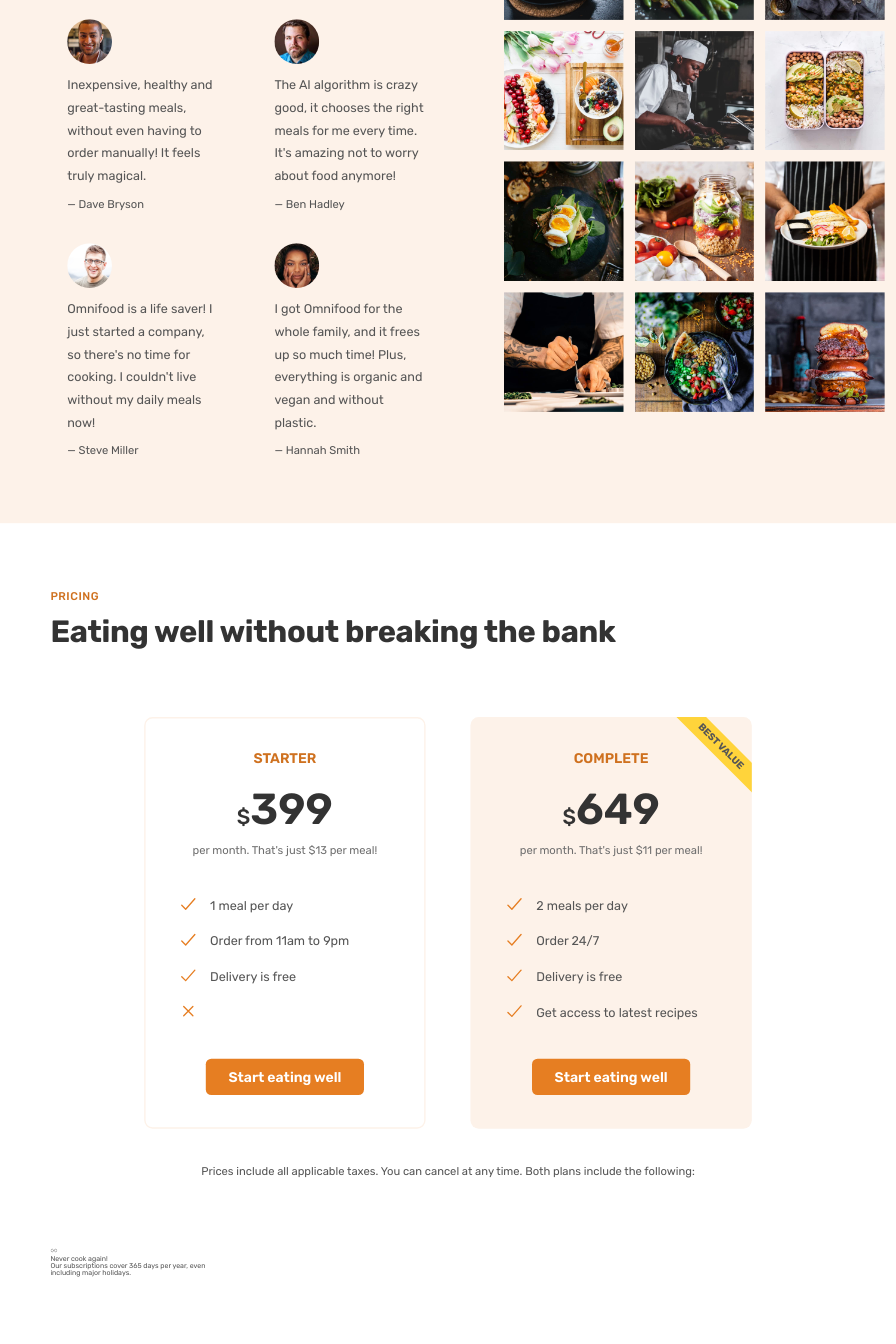
Repository: TranPhucThinh/Omnifood
Page: index.html
These files come from the project's save history. The page is drawn as it stood at one moment and after the next save; the edit follows.
The browser window is 1280 px wide. The pictures show the part of the page from y = 3898 to 5818 px (the page is 5818 px tall), at 70% of full size.

Above is the page before, as saved 2022-08-06 23:31:42.

### index.html
<!DOCTYPE html>
<html lang="en">

<head>
    <meta charset="UTF-8">
    <meta http-equiv="X-UA-Compatible" content="IE=edge">
    <meta name="viewport" content="width=device-width, initial-scale=1.0">

    <link rel="preconnect" href="https://fonts.googleapis.com">
    <link rel="preconnect" href="https://fonts.gstatic.com" crossorigin>
    <link href="https://fonts.googleapis.com/css2?family=Rubik:wght@300;400;500;600;700;800;900&display=swap"
        rel="stylesheet">

    <link rel="stylesheet" href="./assets/styles/general.css">
    <link rel="stylesheet" href="./assets/styles/style.css">

    <title>Omnifood</title>
</head>

<body>
    <!-- SECTION HEADER -->
    <div class="header">
        <a href="#">
            <img src="./assets/imgs/omnifood-logo.png" alt="Omnifood logo" class="header-logo">
        </a>
        <nav class="main-nav">
            <ul class="main-nav-list">
                <li>
                    <a href="#" class="main-nav-link">How it works</a>
                </li>
                <li>
                    <a href="#" class="main-nav-link">Meals</a>
                </li>
                <li>
                    <a href="#" class="main-nav-link">Testimonials</a>
                </li>
                <li>
                    <a href="#" class="main-nav-link">Pricing</a>
                </li>
                <li>
                    <a href="#" class="main-nav-link nav-btn">Try for free</a>
                </li>
            </ul>
        </nav>
    </div>
    <!-- End of SECTION HEADER -->

    <!-- SECTION HERO -->
    <section class="section-hero">
        <div class="hero">
            <div class="hero-text-box">
                <h1 class="heading-primary">A healthy meal delivered to your door, every single day</h1>
                <p class="hero-desc margin-bottom-md">The smart 365-days-per-year food subscription that will make you
                    eat healthy again.
                    Tailored to your personal tastes and nutritional needs.</p>
                <a href="#" class="btn btn--full margin-right-sm">Start eating well</a>
                <a href="#" class="btn btn--outline">Learn more ⬇</a>
                <div class="delivered-meals">
                    <div class="delivered-imgs">
                        <img src="./assets/imgs/customers/customer-1.jpg" alt="customer 1">
                        <img src="./assets/imgs/customers/customer-2.jpg" alt="customer 2">
                        <img src="./assets/imgs/customers/customer-3.jpg" alt="customer 3">
                        <img src="./assets/imgs/customers/customer-4.jpg" alt="customer 4">
                        <img src="./assets/imgs/customers/customer-5.jpg" alt="customer 5">
                        <img src="./assets/imgs/customers/customer-6.jpg" alt="customer 6">
                    </div>
                    <p class="delivered-text">
                        <span>250,000+</span> meals delivered last year!
                    </p>
                </div>
            </div>
            <div class="hero-img-box">
                <img src="./assets/imgs/hero.png"
                    alt="woman enjoy food, meals in storage container, and food bowls on a table" class="hero-img">
            </div>
        </div>
    </section>
    <!-- End of SECTION HERO -->

    <!-- SECTION FEATURED -->
    <section class="section-featured">
        <div class="container">
            <h2 class="heading-feature-in">As featured in</h2>
            <div class="logos">
                <img src="./assets/imgs/logos/techcrunch.png" alt="Techcrunch logo">
                <img src="./assets/imgs/logos/business-insider.png" alt="business insider logo">
                <img src="./assets/imgs/logos/the-new-york-times.png" alt="The new york time logo">
                <img src="./assets/imgs/logos/forbes.png" alt="Forbes logo">
                <img src="./assets/imgs/logos/usa-today.png" alt="Usa today logo">
            </div>
        </div>
    </section>
    <!-- End of SECTION FEATURED -->

    <!-- SECTION HOW IT WORKS -->
    <section class="section-how">
        <div class="container">
            <p class="subheading">HOW IT WORKS</p>
            <h2 class="heading-secondary">Your daily dose of health in 3 simple steps</h2>
        </div>
        <div class="container grid grid--2-cols grid--center-vertical">
            <!-- STEP 1 -->
            <div class="step-text-box">
                <div class="step-number">01</div>
                <h3 class="heading-tertiary">Tell us what you like (and what not)</h3>
                <p class="step-desc">Never again waste time thinking about what to eat! Omnifood AI will create a 100%
                    personalized weekly meal plan just for you. It makes sure you get all the nutrients and vitamins you
                    need, no matter what diet you follow!</p>
            </div>
            <div class="step-img-box">
                <img src="./assets/imgs/app/app-screen-1.png" alt="iPhone app preferences selection screen"
                    class="step-img">
            </div>

            <!-- STEP 2 -->
            <div class="step-img-box">
                <img src="./assets/imgs/app/app-screen-2.png" alt="iPhone app
                meal approving plan screen" class="step-img">
            </div>
            <div class="step-text-box">
                <div class="step-number">02</div>
                <h3 class="heading-tertiary">Approve your weekly meal plan</h3>
                <p class="step-desc">Once per week, approve the meal plan generated for you by Omnifood AI. You can
                    change ingredients, swap entire meals, or even add your own recipes.</p>
            </div>

            <!-- STEP 3 -->
            <div class="step-text-box">
                <div class="step-number">03</div>
                <h3 class="heading-tertiary">Receive meals at convenient time</h3>
                <p class="step-desc">Best chefs in town will cook your selected meal every day, and we will deliver it
                    to your door whenever works best for you. You can change delivery schedule and address daily!</p>
            </div>
            <div class="step-img-box">
                <img src="./assets/imgs/app/app-screen-3.png" alt="iPhone app
                delivery screen" class="step-img">
            </div>
        </div>
    </section>
    <!-- End of SECTION HOW IT WORKS -->

    <!-- SECTION MEALS -->
    <section class="section-meals">
        <div class="container center-text">
            <p class="subheading">Meals</p>
            <h2 class="heading-secondary">Omnifood AI chooses from 5,000+ recipes</h2>
        </div>
        <div class="container grid grid--3-cols margin-bottom-md">
            <div class="meal">
                <img src="./assets/imgs/meals/meal-1.jpg" alt="Japanese Gyozas" class="meal-img">
                <div class="meal-content">
                    <div class="meal-tag">
                        <p class="tag tag--vegetarian">vegetarian</p>
                    </div>
                    <p class="meal-title">Japanese Gyozas</p>
                    <ul class="meal-attributes">
                        <li class="meal-attribute">
                            <ion-icon class="meal-icon" name="flame-outline"></ion-icon>
                            <span><strong>650</strong> calories</span>
                        </li>
                        <li class="meal-attribute">
                            <ion-icon class="meal-icon" name="restaurant-outline"></ion-icon>
                            <span>NutriScore ® <strong>74</strong></span>
                        </li>
                        <li class="meal-attribute">
                            <ion-icon class="meal-icon" name="star-outline"></ion-icon>
                            <span><strong>4.9</strong> rating (537)</span>
                        </li>
                    </ul>
                </div>
            </div>
            <div class="meal">
                <img src="./assets/imgs/meals/meal-2.jpg" alt="Avocado Salad" class="meal-img">
                <div class="meal-content">
                    <div class="meal-tag">
                        <p class="tag tag--vegan">vegan</p>
                        <p class="tag tag---paleo">paleo</p>
                    </div>
                    <p class="meal-title">Avocado Salad</p>
                    <ul class="meal-attributes">
                        <li class="meal-attribute">
                            <ion-icon class="meal-icon" name="flame-outline"></ion-icon>
                            <span><strong>400</strong> calories</span>
                        </li>
                        <li class="meal-attribute">
                            <ion-icon class="meal-icon" name="restaurant-outline"></ion-icon>
                            <span>NutriScore ® <strong>92</strong></span>
                        </li>
                        <li class="meal-attribute">
                            <ion-icon class="meal-icon" name="star-outline"></ion-icon>
                            <span><strong>4.8</strong> rating (441)</span>
                        </li>
                    </ul>
                </div>
            </div>
            <div class="diet">
                <h3 class="heading-tertiary">Works with any diet:</h3>
                <ul class="list">
                    <li class="list-item">
                        <ion-icon class="list-icon" name="checkmark-outline"></ion-icon>
                        <span>Vegetarian</span>
                    </li>
                    <li class="list-item">
                        <ion-icon class="list-icon" name="checkmark-outline"></ion-icon>
                        <span>Vegan</span>
                    </li>
                    <li class="list-item">
                        <ion-icon class="list-icon" name="checkmark-outline"></ion-icon>
                        <span>Pescatarian</span>
                    </li>
                    <li class="list-item">
                        <ion-icon class="list-icon" name="checkmark-outline"></ion-icon>
                        <span>Gluten-free</span>
                    </li>
                    <li class="list-item">
                        <ion-icon class="list-icon" name="checkmark-outline"></ion-icon>
                        <span>Lactose-free</span>
                    </li>
                    <li class="list-item">
                        <ion-icon class="list-icon" name="checkmark-outline"></ion-icon>
                        <span>Keto</span>
                    </li>
                    <li class="list-item">
                        <ion-icon class="list-icon" name="checkmark-outline"></ion-icon>
                        <span>Paleo</span>
                    </li>
                    <li class="list-item">
                        <ion-icon class="list-icon" name="checkmark-outline"></ion-icon>
                        <span>Low FODMAP</span>
                    </li>
                    <li class="list-item">
                        <ion-icon class="list-icon" name="checkmark-outline"></ion-icon>
                        <span>Kid-friendly</span>
                    </li>
                </ul>
            </div>
        </div>
        <div class="container all-recipes center-text">
            <a href="#" class="link">See all recipes ➡</a>
        </div>
    </section>
    <!-- End of SECTION MEALS -->

    <!-- SECTION TESTIMONIALS -->
    <div class="section-testimonials">
        <div class="testimonials-container">
            <div class="subheading">testimonials</div>
            <h2 class="heading-secondary">Once you try it, you can't go back</h2>
            <div class="testimonials">
                <div class="testimonial">
                    <img src="./assets/imgs/customers/dave.jpg" alt="Photo of customer Dave Bryson"
                        class="testimonial-img">
                    <blockquote class="testimonial-text">Inexpensive, healthy and great-tasting meals, without even
                        having to order manually! It feels truly magical.</blockquote>
                    <p class="testimonial-name">— Dave Bryson</p>
                </div>
                <div class="testimonial">
                    <img src="./assets/imgs/customers/ben.jpg" alt="Photo of customer Ben Hadley"
                        class="testimonial-img">
                    <blockquote class="testimonial-text">The AI algorithm is crazy good, it chooses the right meals for
                        me every time. It's amazing not to worry about food anymore!</blockquote>
                    <p class="testimonial-name">— Ben Hadley</p>
                </div>
                <div class="testimonial">
                    <img src="./assets/imgs/customers/steve.jpg" alt="Photo of customer Steve Miller"
                        class="testimonial-img">
                    <blockquote class="testimonial-text">Omnifood is a life saver! I just started a company, so there's
                        no time for cooking. I couldn't live without my daily meals now!</blockquote>
                    <p class="testimonial-name">— Steve Miller</p>
                </div>
                <div class="testimonial">
                    <img src="./assets/imgs/customers/hannah.jpg" alt="Photo of customer Hannah Smith"
                        class="testimonial-img">
                    <blockquote class="testimonial-text">I got Omnifood for the whole family, and it frees up so much
                        time! Plus, everything is organic and vegan and without plastic.</blockquote>
                    <p class="testimonial-name">— Hannah Smith</p>
                </div>
            </div>
        </div>
        <div class="gallery">
            <div class="gallery-item">
                <img src="./assets/imgs/gallery/gallery-1.jpg" alt="Photo of beautifully arranged food">
            </div>
            <div class="gallery-item">
                <img src="./assets/imgs/gallery/gallery-2.jpg" alt="Photo of beautifully arranged food">
            </div>
            <div class="gallery-item">
                <img src="./assets/imgs/gallery/gallery-3.jpg" alt="Photo of beautifully arranged food">
            </div>
            <div class="gallery-item">
                <img src="./assets/imgs/gallery/gallery-4.jpg" alt="Photo of beautifully arranged food">
            </div>
            <div class="gallery-item">
                <img src="./assets/imgs/gallery/gallery-5.jpg" alt="Photo of beautifully arranged food">
            </div>
            <div class="gallery-item">
                <img src="./assets/imgs/gallery/gallery-6.jpg" alt="Photo of beautifully arranged food">
            </div>
            <div class="gallery-item">
                <img src="./assets/imgs/gallery/gallery-7.jpg" alt="Photo of beautifully arranged food">
            </div>
            <div class="gallery-item">
                <img src="./assets/imgs/gallery/gallery-8.jpg" alt="Photo of beautifully arranged food">
            </div>
            <div class="gallery-item">
                <img src="./assets/imgs/gallery/gallery-9.jpg" alt="Photo of beautifully arranged food">
            </div>
            <div class="gallery-item">
                <img src="./assets/imgs/gallery/gallery-10.jpg" alt="Photo of beautifully arranged food">
            </div>
            <div class="gallery-item">
                <img src="./assets/imgs/gallery/gallery-11.jpg" alt="Photo of beautifully arranged food">
            </div>
            <div class="gallery-item">
                <img src="./assets/imgs/gallery/gallery-12.jpg" alt="Photo of beautifully arranged food">
            </div>
        </div>
    </div>
    <!-- End of SECTION TESTIMONIALS -->

    <!-- SECTION PRICING -->
    <div class="section-pricing">
        <div class="container">
            <p class="subheading">pricing</p>
            <h2 class="heading-secondary">Eating well without breaking the bank</h2>
        </div>
        <div class="container grid grid--2-cols margin-bottom-md">
            <div class="pricing-plan pricing-plan--starter">
                <header class="plan-header">
                    <div class="plan-name">starter</div>
                    <p class="plan-pricing"><span>$</span>399</p>
                    <p class="plan-text">per month. That's just $13 per meal!</p>
                </header>
                <ul class="list-benefits">
                    <li class="benefit">
                        <span class="benefit-icon">
                            <ion-icon name="checkmark-outline"></ion-icon>
                        </span>
                        1 meal per day
                    </li>
                    <li class="benefit">
                        <span class="benefit-icon">
                            <ion-icon name="checkmark-outline"></ion-icon>
                        </span>
                        Order from 11am to 9pm
                    </li>
                    <li class="benefit">
                        <span class="benefit-icon">
                            <ion-icon name="checkmark-outline"></ion-icon>
                        </span>
                        Delivery is free
                    </li>
                    <li class="benefit">
                        <span class="benefit-icon">
                            <ion-icon name="close-outline"></ion-icon>
                        </span>
                    </li>
                </ul>
                <div class="plan-sign-up">
                    <a href="#" class="btn btn--full">Start eating well</a>
                </div>
            </div>
            <div class="pricing-plan pricing-plan--complete">
                <header class="plan-header">
                    <div class="plan-name">complete</div>
                    <p class="plan-pricing"><span>$</span>649</p>
                    <p class="plan-text">per month. That's just $11 per meal!</p>
                </header>
                <ul class="list-benefits">
                    <li class="benefit">
                        <span class="benefit-icon">
                            <ion-icon name="checkmark-outline"></ion-icon>
                        </span>
                        2 meals per day
                    </li>
                    <li class="benefit">
                        <span class="benefit-icon">
                            <ion-icon name="checkmark-outline"></ion-icon>
                        </span>
                        Order 24/7
                    </li>
                    <li class="benefit">
                        <span class="benefit-icon">
                            <ion-icon name="checkmark-outline"></ion-icon>
                        </span>
                        Delivery is free
                    </li>
                    <li class="benefit">
                        <span class="benefit-icon">
                            <ion-icon name="checkmark-outline"></ion-icon>
                        </span>
                        Get access to latest recipes
                    </li>
                </ul>
                <div class="plan-sign-up">
                    <a href="#" class="btn btn--full">Start eating well</a>
                </div>
            </div>
        </div>
        <div class="container grid center-text">
            <p class="plan-detail">Prices include all applicable taxes. You can cancel at any time. Both plans include
                the following:
            </p>
        </div>
        <div class="container grid grid--4-cols">
            <div class="feature">
                <div class="feature-icon">
                    <ion-icon name="infinite-outline"></ion-icon>
                </div>
                <p class="feature-title">Never cook again!</p>
                <p class="feature-desc">Our subscriptions cover 365 days per year, even including major holidays.</p>
            </div>
        </div>
    </div>
    <!-- End of SECTION PRICING -->

    <script type="module" src="https://unpkg.com/ionicons@5.5.2/dist/ionicons/ionicons.esm.js"></script>
    <script nomodule src="https://unpkg.com/ionicons@5.5.2/dist/ionicons/ionicons.js"></script>
</body>

</html>

Loaded but not shown: assets/styles/style.css (453 lines, source omitted); assets/styles/general.css (138 lines, source omitted)

After the next save:
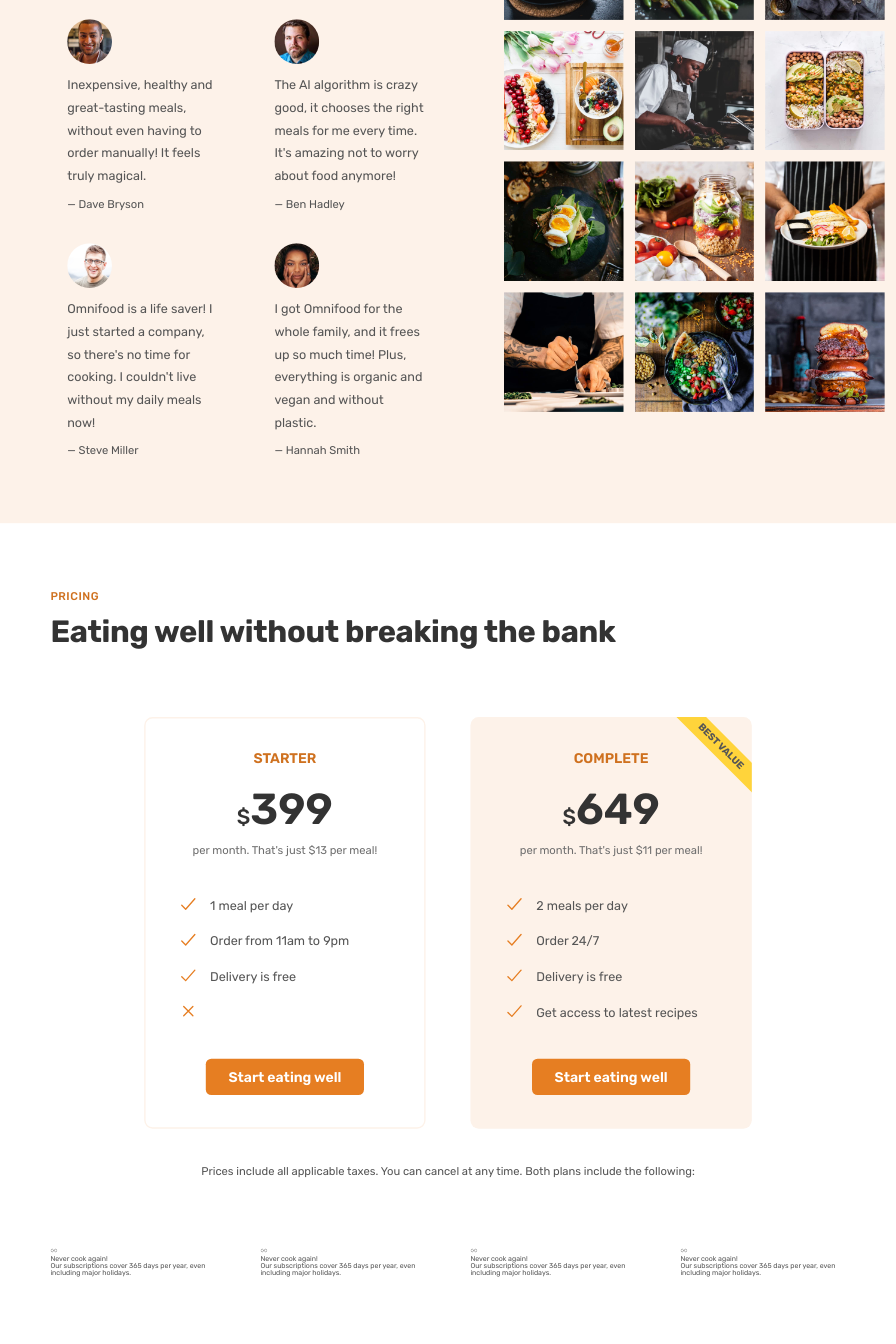
Saved 15 s later.
--- a/index.html
+++ b/index.html
@@ -410,6 +410,27 @@
                 <p class="feature-title">Never cook again!</p>
                 <p class="feature-desc">Our subscriptions cover 365 days per year, even including major holidays.</p>
             </div>
+            <div class="feature">
+                <div class="feature-icon">
+                    <ion-icon name="infinite-outline"></ion-icon>
+                </div>
+                <p class="feature-title">Never cook again!</p>
+                <p class="feature-desc">Our subscriptions cover 365 days per year, even including major holidays.</p>
+            </div>
+            <div class="feature">
+                <div class="feature-icon">
+                    <ion-icon name="infinite-outline"></ion-icon>
+                </div>
+                <p class="feature-title">Never cook again!</p>
+                <p class="feature-desc">Our subscriptions cover 365 days per year, even including major holidays.</p>
+            </div>
+            <div class="feature">
+                <div class="feature-icon">
+                    <ion-icon name="infinite-outline"></ion-icon>
+                </div>
+                <p class="feature-title">Never cook again!</p>
+                <p class="feature-desc">Our subscriptions cover 365 days per year, even including major holidays.</p>
+            </div>
         </div>
     </div>
     <!-- End of SECTION PRICING -->
